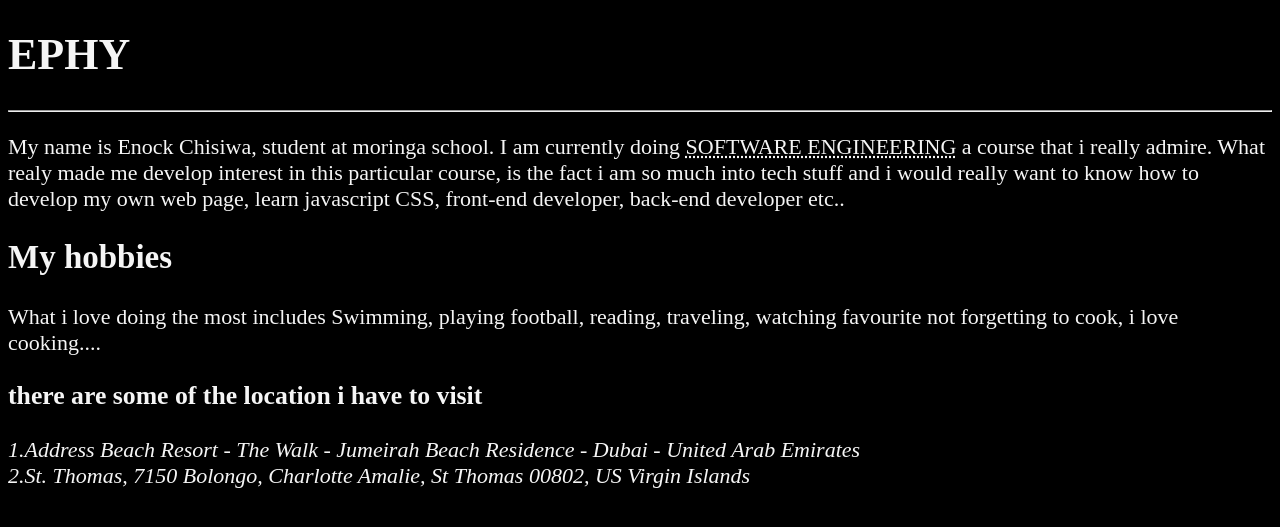
Repository: chiscobyte/README.md
Page: my project/index.html
An editor plug-in stored every save of this project. The page is shown before and after the next save, followed by the edit.
The browser window is 1280 px wide. The pictures show the whole page.

Above is the page before, as saved 2025-02-22 19:12:58.

### my project/index.html
<!DOCTYPE html>
<html lang="en">
<head>
    <meta charset="UTF-8">
    <meta name="Author" content="Enock Chisiwa">
    <title>Chisiwa web</title>
    <style>
        html {font-size: 22px
        }

        body {
            background-color: black;
            color: whitesmoke;
        }
    </style>
</head>
<body>
    <h1>EPHY</h1>

    <hr>

    <p>My name is Enock Chisiwa, student at moringa school. I am currently doing <abbr title="">SOFTWARE ENGINEERING</abbr> a course that i really admire. What realy made me develop interest in this particular course, is
    the fact i am so much into tech stuff and i would really want to know how to develop my own web page,
    learn javascript CSS, front-end developer, back-end developer etc..</p>

    <h2>My hobbies</h2>
   <p>What i love doing the most includes Swimming, playing football, reading, traveling, watching favourite
      not forgetting to cook, i love cooking....</p>

    <h3>there are some of the location i have to visit </h3>
    <address>1.Address Beach Resort - The Walk - Jumeirah Beach Residence - Dubai - United Arab Emirates</address>
    <address>2.St. Thomas, 7150 Bolongo, Charlotte Amalie, St Thomas 00802, US Virgin Islands</address>





</body>
</html>

After the next save:
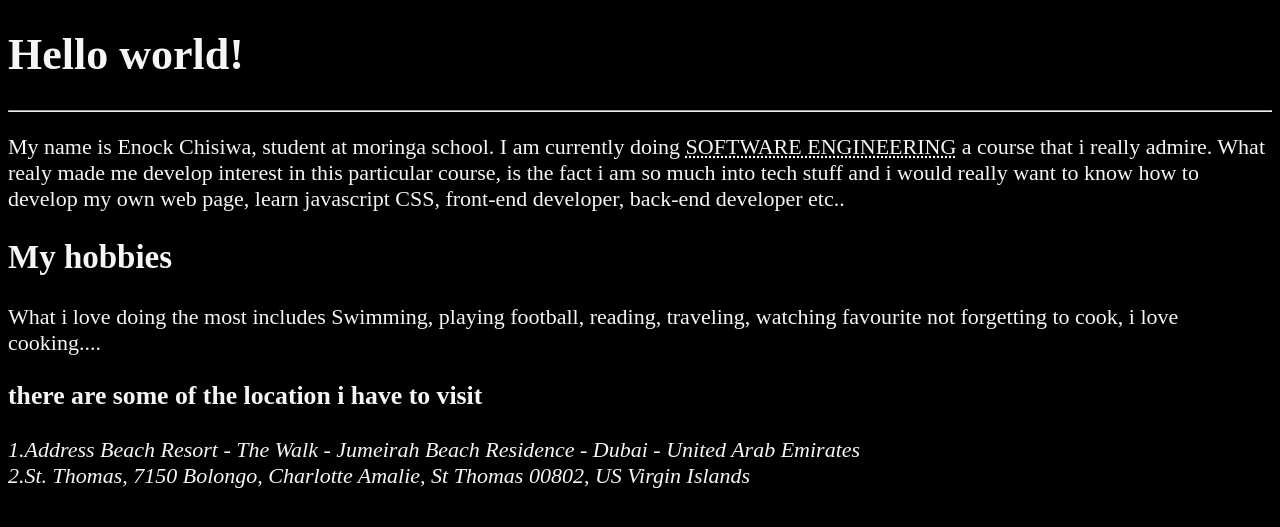
Saved 44 s later.
--- a/my project/index.html
+++ b/my project/index.html
@@ -15,7 +15,7 @@
     </style>
 </head>
 <body>
-    <h1>EPHY</h1>
+    <h1>Hello world!</h1>
 
     <hr>
 
